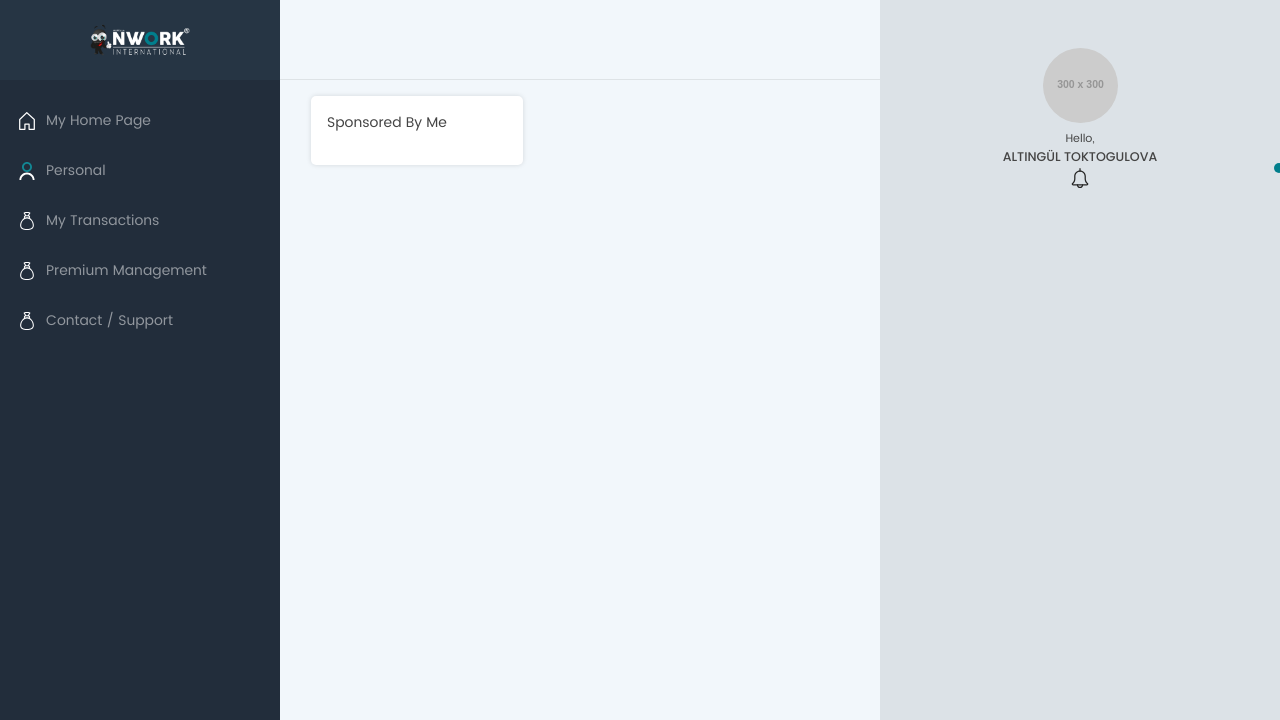
Repository: KayahanKahriman/nwork-admin
Page: index.html
These files come from the project's save history. The page is drawn as it stood at one moment and after the next save; the edit follows.
The browser window is 1280 px wide. The pictures show the whole page.
Some web fonts or font styles are not loaded; a fallback is used. The style sheet was rebuilt from its Sass, Less or Tailwind sources for each picture, by a compiler version that may differ from the author's.

Above is the page before, as saved 2021-06-09 16:12:06.

After the next save:
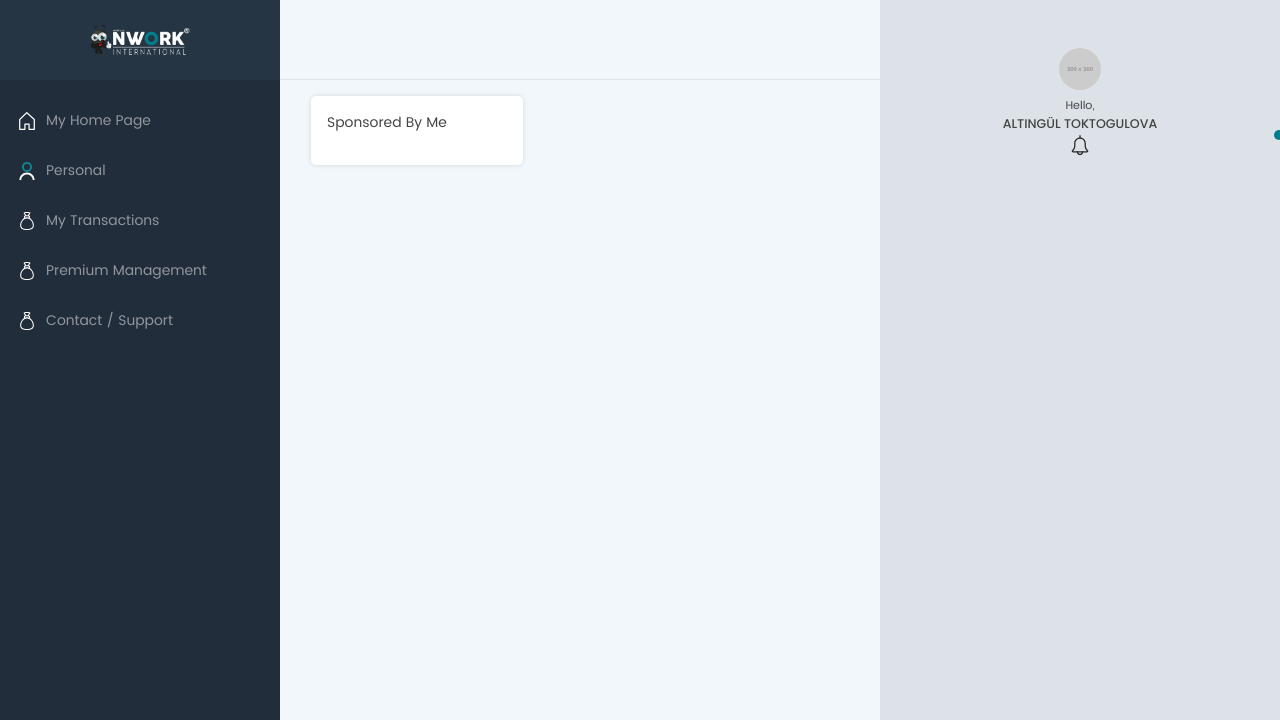
Saved 9 s later.
--- a/assets/scss/_user-aside.scss
+++ b/assets/scss/_user-aside.scss
@@ -10,8 +10,8 @@
 #user-image {
   img {
     border-radius: 50%;
-    width: 75px;
-    height: 75px;
+    width: 3em;
+    height: 3em;
   }
 }
 
